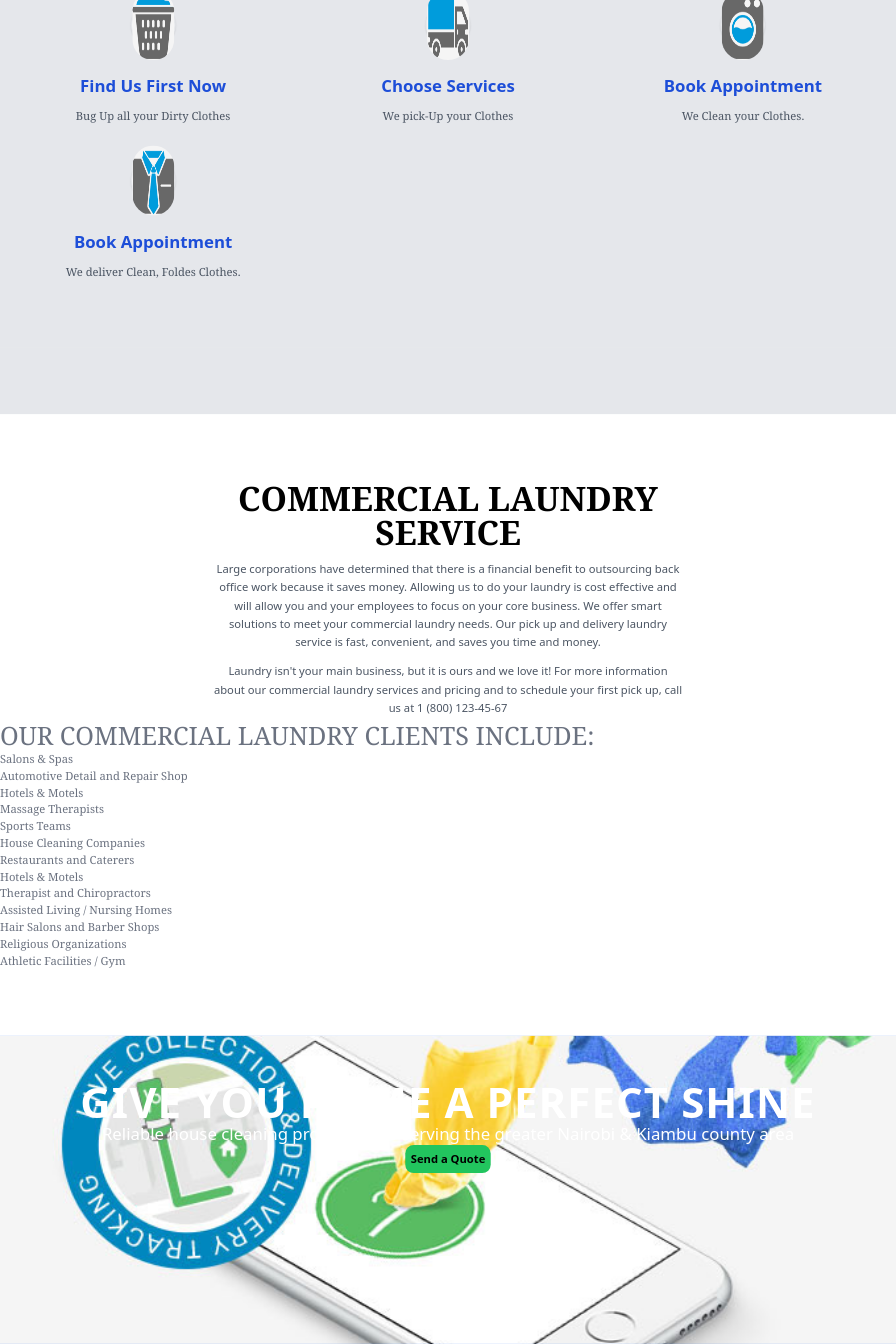
Repository: remydev47/smartlaundry
Page: /
An editor plug-in stored every save of this project. The page is shown before and after the next save, followed by the edit.
The browser window is 1280 px wide. The pictures show the part of the page from y = 2877 to 4797 px (the page is 4797 px tall), at 70% of full size.
The project was rebuilt for these pictures with package versions that can differ from the ones it lists, and the page was loaded fresh each time. The framework's server and built-in components were replaced by stand-ins that run in the browser. Also part of the build but not shown: next.config.js, components/Prices.tsx, components/Reasons.tsx, components/Testimonial.tsx, components/Pricing.tsx, components/Footer.tsx.

Above is the page before, as saved 2022-10-24 16:33:22.

### pages/_app.tsx
import '../styles/globals.css'
import type { AppProps } from 'next/app'
import Header from '../components/Header'
import Logo from '../components/Logo'

function MyApp({ Component, pageProps }: AppProps) {
  return (
    <>

     <Header />
     <Component {...pageProps} />
    </>
  )
}

export default MyApp

### pages/index.tsx
import type { NextPage } from 'next'
import Head from 'next/head'
import Image from 'next/image'
import { Banner, Commercial, Hero, Services, Steps } from '../components'

const Home: NextPage = () => {
  return (
    <div>
      <Head>
        <title>Smart Laundry</title>
        <link rel="icon" href="/favicon.ico" />
      </Head>
      <Hero />
      <Services />
      <Steps />
      <Commercial />
      <Banner/>

    </div>
  )
}

export default Home

### components/Header.tsx
import React from 'react';
import { navLinks } from '../constants';
import Menupopover from './Menupopover';
import Image from 'next/image';
import Logo from './Logo';

const Header = () => {
  return (
    <header className="fixed inset-x-0 bg-[#4054B2] z-20 flex justify-between items-center py-2 px-2 shadow-lg dark:bg-slate-900 sm:py-3 sm:px-8">
            <div className='flex grow-0 basis-1/3 md:hidden'>
                <Menupopover />
            </div>

             <div className='flex grow-0 justify-center md:justify-start'>
                <Logo />

            </div>


            <ul className="list-none sm:flex hidden justify-center items-center flex-1">
            {navLinks.map((nav, index) => (
                <li
                key={nav.id}
                className={`font-serif font-bold cursor-pointer text-[16px]
                   ${index === navLinks.length - 1 ? 'mr-0' : 'mr-10'}
                  text-white `}
                >
                    <a>{nav.title}</a>
                </li>
            ))}
           </ul>

        </header>
  )
}

export default Header

### components/index.ts
import Hero from "./Hero";
import Services from "./Services";
import Steps from "./Steps";
import Commercial from "./Commercial";
import Prices from "./Prices";
import Banner from "./Banner";
import Reasons from "./Reasons";
import Testimonial from "./Testimonial";
import Pricing from "./Pricing";
import Footer from "./Footer";

export{
    Hero, Services, Steps, Commercial, Prices, Banner, Reasons, Testimonial, Pricing, Footer
}

### constants/index.ts
export const navLinks =[
    {
        id:"home",
        title:"HOME",
    },
    {
        id:"about",
        title:"ABOUT",
    },
    {
        id:"services",
        title:"SERVICES",
    },
    {
        id:"blog",
        title:"BLOG",
    },
    {
        id:"order online",
        title:"ORDER ONLINE",
    },
    {
        id:"contacts",
        title:"CONTACTS",
    },
]

### components/Menupopover.tsx
import React, {useState, Fragment} from 'react';
import { navLinks } from '../constants';
import { IconButton, Button } from './Button';
import { Transition, Dialog } from '@headlessui/react';
import Logo from './Logo';
import Image from 'next/image';

const Menupopover = () => {
  const [isOpen, setIsOpen] = useState(false)

  return (
    <div>
    <IconButton
      variant='ghost'
      aria-label='menu'
      onClick={() => setIsOpen(!isOpen)}
    >
      <svg className='h-6 w-6 ' fill='none' stroke='currentColor'>
        <path
          strokeLinecap='round'
          strokeLinejoin='round'
          strokeWidth={2}
          d='M4 6h16M4 12h16M4 18h16'
        />
      </svg>
    </IconButton>
    <Transition
      show={isOpen}
      appear
      as={Fragment}
      enter='transform transition ease-in-out duration-300'
      enterFrom='-translate-x-full'
      enterTo='translate-x-0'
      leave='transform transition ease-in-out duration-300 delay-200'
      leaveFrom='translate-x-0'
      leaveTo='-translate-x-full'
     >
     <Dialog
       as='div'
       className={`fixed inset-0 z-50`}
       onClose={setIsOpen}
       open={isOpen}
       >
       <Transition.Child
         as={Fragment}
         enter='ease-out duration-300 delay-300'
         enterFrom='opacity-0'
         enterTo='opacity-100'
         leave='ease-in duration-200'
         leaveFrom='opacity-100'
         leaveTo='opacity-0'
       >

        <Dialog.Overlay
          className={`fixed inset-0 bg-black/20 backdrop-blur-sm dark:bg-gray-900/80`}
         />
      </Transition.Child>
       <div className={styles.dialogcontainer}>
        <a className='mx-auto mt-4 flex w-[140px] '>
          <Logo />
        </a>
        <ul
            className={styles.navWrapper2}
         >
            {navLinks.map((nav, index) => (
                <li
                 key={nav.id}
                 className={`font-serif font-bold cursor-pointer text-[16px]
                  mt-2 border-t border-slate-200 py-4 dark:border-slate-600
                  ${index === navLinks.length - 1 ? 'mr-0' : 'mb-4'}
                  text-white `}
                >
                 <a href={`#${nav.id}`}>
                    {nav.title}
                 </a>
                </li>
             ))}
         </ul>

        <IconButton
          variant='ghost'
          aria-label='close menu'
          className='absolute top-5 right-5'
          onClick={() => setIsOpen(false)}
        >
          <svg
            viewBox='0 0 10 10'
            className='h-2.5 w-2.5 overflow-visible'
            aria-hidden='true'
          >
            <path
                d='M0 0L10 10M10 0L0 10'
                fill='none'
                stroke='currentColor'
                strokeWidth='2'
                strokeLinecap='round'
              />
          </svg>
        </IconButton>
       </div>
     </Dialog>
    </Transition>
  </div>
  )
}

export default Menupopover;

const styles ={
  dialogcontainer:`fixed top-0 bottom-0 left-0 w-full max-w-xs rounded-r-xl bg-[#4054B2] p-6 shadow-lg dark:bg-gray-800`,
  menuitems:`group relative flex h-9 items-center oveflow-hidden rounded-md hover:bg-slate-200/50`,
  navWrapper2:`list-none flex flex-col justify-end items-center flex-1`,
}

### components/Logo.tsx
import React from 'react'
import Image from 'next/image'

const Logo = () => {
  return (
    <div className=''>
      <Image
        src="/images/logo.png"
        alt='cleanu'
        height={60}
        width={150}
      />
    </div>
  )
}

export default Logo

### components/Hero.tsx
import React from 'react'
import Image from 'next/image'

const Hero = () => {
  return (
    <section className='relative pt-48 pb-12 bg-gray-400 xl:pt-60 sm:pb-16 lg:pb-32 xl:pb-48 2xl:pb-56'>
        <Image
           src='/images/hero1.jpg'
           layout='fill'
           objectFit='cover'
         />
     <div className="relative">
 <div className="px-6 mx-auto sm:px-8 lg:px-12 max-w-7xl">
     <div className="w-full lg:w-2/3 xl:w-1/2">
         <h1 className="font-sans text-base font-bold tracking-tight text-black text-opacity-70">Dont let bad services ruin your Day</h1>
         <p className="mt-6 tracking-tighter text-black">
             <span className="font-sans font-normal text-7xl">The road to the</span><br />
             <span className="font-serif italic font-normal text-8xl">perfect Cleaning Services</span>
         </p>
         <p className="mt-12 font-sans text-base font-bold text-black text-opacity-70">Lorem ipsum dolor sit amet, consectetur adipiscing elit. Eu penatibus pellentesque dolor consequat ligula egestas massa gravida. Porttitor venenatis enim praesent.</p>
         <p className="mt-8 font-sans text-xl font-normal text-black">Starting at $9.99/month</p>

         <div className="flex items-center mt-5 space-x-3 sm:space-x-4">
             <a
                 href="#"
                 title=""
                 className="
                     inline-flex
                     items-center
                     justify-center
                     px-5
                     py-2
                     font-sans
                     text-base
                     font-semibold
                     transition-all
                     duration-200
                     border-2 border-transparent
                     rounded-full
                     sm:leading-8
                     bg-green-600
                     sm:text-lg
                     text-white
                     hover:bg-opacity-90
                     focus:outline-none focus:ring-2 focus:ring-offset-2 focus:ring-primary focus:ring-offset-secondary
                 "
                 role="button"
             >
                 ORDER NOW
             </a>


         </div>
     </div>
 </div>
</div>
    </section>
  )
}

export default Hero

### components/Services.tsx
import React from 'react'

const services=[
  {
    image:"/images/plumber.png",
    title:'Alternations & Repairs',
    description:"We have expert seamstresses and tailors on staff to ensure we meet and exceed your fitting requirements"
  },
  {
    image:"",
    title:'Steam Iron',
    description:"Let us pick up your dirty laundry, sort it, stains, wash, dry, fold and deliver back to you in one neat, easy package"
  },
  {
    image:"",
    title:'Shoe Cleaning',
    description:"We use premium products and standardised processes to take care of your shoes and give them refreshed look."
  },
  {
    image:"/images/cleaning.png",
    title:'Laundry Services',
    description:"Let us pick up your dirty laundry, sort it, stains, wash, dry, fold and deliver back to you in one neat, easy package."
  },
  {
    image:"/images/housekeeper.png",
    title:'Dry Cleaning',
    description:"SMU students and local residents love on our reliable dry cleaning services for the fast, accurate, top quality results."
  },
  {
    image:"/images/carpet-cleaner.png",
    title:'Carpet Cleaning',
    description:"To keep carpet at peak performance, we recommend professional deep cleaning your carpet every 12 to 18 months."
  },
]

const Services = () => {
  return (
    <section className="bg-gray-50 sm:py-16 lg:py-24">
    <div className="px-4 mx-auto max-w-7xl sm:px-6 lg:px-8">
     <div className="max-w-2xl mx-auto text-center">
      <h2 className="text-4xl font-bold font-serif leading-tight text-gray-600  lg:text-5xl">Our <span className='text-green-300'>Services...</span></h2>
      <p className="max-w-xl mx-auto mt-4 font-serif text-2xl font-extrabold leading-relaxed text-gray-500">
        Provide Worldwide Service For Good Customers
      </p>
     </div>

     <div className="grid max-w-md grid-cols-1 gap-6 mx-auto mt-8 text-center lg:max-w-full lg:mt-16 lg:grid-cols-3">
      {services.map((item, i) => (
     <div className="overflow-hidden bg-white border-2 border-gray-300 rounded-md">
          <div className="p-8 xl:px-12 flex flex-col items-center justify-center">
             <div>
              <img
               src={item.image}
               className="h-20 w-20"
             />
             </div>
             <h2 className='font-bold font-serif text-3xl text-gray-400 text-center mt-2'>
               {item.title}
             </h2>
             <p className='text-xl font-serif text-black text-center '>
              {item.description}
             </p>
          </div>
     </div>
     ))}
    </div>
</div>
</section>
  )
}

export default Services

### components/Commercial.tsx
import React from 'react'

const offers=[
  {
    id:"Salons & Spas",
    title:"Salons & Spas"
  },
  {
    id:"Automotive Detail and Repair Shop",
    title:"Automotive Detail and Repair Shop"
  },
  {
    id:"Hotels & Motels",
    title:"Hotels & Motels"
  },
  {
    id:"Massage Therapists",
    title:"Massage Therapists"
  },
  {
    id:"Sports Teams",
    title:"Sports Teams"
  },
  {
    id:"House Cleaning Companies",
    title:"House Cleaning Companies"
  },
  {
    id:"Restaurants and Caterers",
    title:"Restaurants and Caterers"
  },
  {
    id:"Hotels & Motels",
    title:"Hotels & Motels"
  },
  {
    id:"Therapist and Chiropractors",
    title:"Therapist and Chiropractors"
  },
  {
    id:"Assisted Living / Nursing Homes",
    title:"Assisted Living / Nursing Homes"
  },
  {
    id:'Hair Salons and Barber Shops',
    title:'Hair Salons and Barber Shops'
  },
  {
    id:'Religious Organizations',
    title:'Religious Organizations'
  },
  {
    id:'Athletic Facilities / Gym',
    title:'Athletic Facilities / Gym'
  },
]

const Commercial = () => {
  return (
    <section className="py-10 bg-[#FFF] sm:py-16 lg:py-24">
      <div className="px-4 mx-auto max-w-7xl sm:px-6 lg:px-8">
      <div className="max-w-2xl mx-auto text-center">
            <h2 className="text-3xl font-serif font-bold leading-tight text-black sm:text-4xl lg:text-5xl">
              COMMERCIAL LAUNDRY SERVICE
            </h2>
            <p className="mt-4 text-base leading-relaxed text-gray-600">
             Large corporations have determined that there is a financial benefit to outsourcing back office work because it saves money. Allowing us to do your laundry is cost effective and will allow you and your employees to focus on your core business. We offer smart solutions to meet your commercial laundry needs. Our pick up and delivery laundry service is fast, convenient, and saves you time and money.
            </p>
            <p className="mt-4 text-base leading-relaxed text-gray-600">
             Laundry isn't your main business, but it is ours and we love it! For more information about our commercial laundry services and pricing and to schedule your first pick up, call us at 1 (800) 123-45-67
            </p>
        </div>
      </div>
      <h2 className='mt-2 text-3xl font-serif text-gray-500 sm:text-4xl'>OUR COMMERCIAL LAUNDRY CLIENTS INCLUDE:</h2>
      <ul className="list-none sm:flex-col justify-center items-center flex-1">
            {offers.map((nav, index) => (
                <li
                key={nav.id}
                className={`font-serif font-normal cursor-pointer text-[16px]
                   ${index === offers.length - 1 ? 'mr-0' : 'mr-10'}
                  text-gray-500 `}
                >
                    <a>{nav.title}</a>
                </li>
            ))}
           </ul>
    </section>
  )
}

export default Commercial

### components/Banner.tsx
import React from 'react'
import Image from 'next/image'

const Banner = () => {
  return (
    <section className='relative h-[400px] w-full  bg-blue-500 sm:h-[55vh] md:h-[440px]'>
      <Image
           src='/images/banner.jpg'
           layout='fill'
           objectFit='cover'
      />
       <div className="absolute inset-0">
        <div className='flex flex-col items-center mx-4 mt-16 text-center '>
                <h1 className={styles.innerbanner}>
                    Give you Home a Perfect Shine
                </h1>
                <span className='text-xl text-white sm:text-2xl'>
                    Reliable house cleaning professionals serving the greater Nairobi & Kiambu county area
                </span>
                <button className='p-2 font-semibold text-black bg-green-500 rounded-xl'>
                    Send a Quote
                </button>
              </div>
        </div>
    </section>
  )
}

const styles ={
  innerbanner:`text-3xl font-extrabold uppercase tracking-wide text-white sm:text-4xl md:text-5xl lg:text-6xl`,
}

export default Banner

### components/Button/index.tsx
import React, { forwardRef } from "react";
//import { __DEV__ } from "../../utils/assertions";

type BaseButtonProps = Omit<React.HTMLProps<HTMLButtonElement>, "size">;

/* === Button Element === */

export interface ButtonProps extends BaseButtonProps {
  children: React.ReactNode;
  fullWidth?: boolean;
  className?: string;
  variant?: "solid" | "outline" | "ghost";
  size?: "sm" | "md" | "lg";
  as?: string;
  isExternal?: boolean;
  type?: "button" | "submit" | "reset";
}

export const Button = forwardRef<HTMLButtonElement, ButtonProps>(
  (
    {
      children,
      variant = "solid",
      size = "md",
      fullWidth = false,
      className,
      as = "button",
      isExternal = false,
      ...rest
    },
    ref
  ) => {
    let tempClassNames: string[] = [];

    const sharedClasses = [
      "capitalize",
      "focus:outline-none",
      "focus:ring-2",
      "focus:ring-indigo-400",
      "focus:ring-offset-2",
      "focus:ring-offset-indigo-50",
      "font-semibold",
      "rounded-full",
      "inline-flex",
      "flex-shrink-0",
      "items-center",
      "justify-center",
      "transition-colors",
      "ease-in-out",
      "duration-500",
    ];

    if (fullWidth) sharedClasses.push("w-full");

    // handle variants
    let btnSolid = ["bg-indigo-600", "hover:bg-indigo-700", "text-white"];
    let btnOutline = [
      "dark:text-white",
      "hover:text-indigo-700",
      "hover:dark:text-indigo-700",
      "bg-transparent",
      "hover:bg-indigo-50",
      "border",
      "border-indigo-600",
    ];
    let btnGhost = [
      "bg-transparent",
      "dark:text-white",
      "hover:bg-indigo-50",
      "hover:text-indigo-700",
      "hover:dark:text-indigo-700",
    ];

    if (variant === "solid") {
      tempClassNames = [...sharedClasses, ...btnSolid];
    } else if (variant === "outline") {
      tempClassNames = [...sharedClasses, ...btnOutline];
    } else if (variant === "ghost") {
      tempClassNames = [...sharedClasses, ...btnGhost];
    }

    // handle sizes
    let sizeSm = ["h-8", "px-2", "text-sm"];
    let sizeMd = ["h-10", "px-3"];
    let sizeLg = ["h-12", "px-4", "text-lg"];

    if (size === "sm") {
      tempClassNames = [...tempClassNames, ...sizeSm];
    } else if (size === "md") {
      tempClassNames = [...tempClassNames, ...sizeMd];
    } else if (size === "lg") {
      tempClassNames = [...tempClassNames, ...sizeLg];
    }

    let classes = tempClassNames.join(" ");

    let Element = as ? (
      React.createElement(
        as,
        {
          className: `${classes} ${className}`,
          target: isExternal ? "_blank" : undefined,
          rel: isExternal ? "noopener noreferrer" : undefined,
          ref,
          ...rest,
        },
        children
      )
    ) : (
      <button {...rest} className={`${classes} ${className}`} ref={ref}>
        {children}
      </button>
    );

    return Element;
  }
);

// if (__DEV__) {
//   Button.displayName = "Button";
// }

/* === IconButton Element === */

export interface IconButtonProps extends ButtonProps {
  icon?: React.ReactElement;
  "aria-label": string;
}

export const IconButton = forwardRef<HTMLButtonElement, IconButtonProps>(
  (
    {
      children,
      icon,
      className,
      "aria-label": ariaLabel,
      size = "md",
      ...rest
    },
    ref
  ) => {
    let sharedClasses = ["rounded-full", "!px-0"];

    // handle sizes
    let sizeSm = ["w-8"];
    let sizeMd = ["w-10"];
    let sizeLg = ["w-12"];

    if (size === "sm") {
      sharedClasses = [...sharedClasses, ...sizeSm];
    } else if (size === "md") {
      sharedClasses = [...sharedClasses, ...sizeMd];
    } else if (size === "lg") {
      sharedClasses = [...sharedClasses, ...sizeLg];
    }

    /**
     * Passing the icon as prop or children should work
     */
    const element = icon || children;
    const _children = React.isValidElement(element)
      ? React.cloneElement(element as any, {
          "aria-hidden": true,
          focusable: false,
        })
      : null;

    let classes = sharedClasses.join(" ");
    return (
      <Button
        className={`${classes} ${className}`}
        aria-label={ariaLabel}
        size={size}
        {...rest}
        ref={ref}
      >
        {_children}
      </Button>
    );
  }
)

Loaded but not shown: styles/globals.css (common file); tailwind.config.js (common file); components/Steps.tsx (83 lines, source omitted)

After the next save:
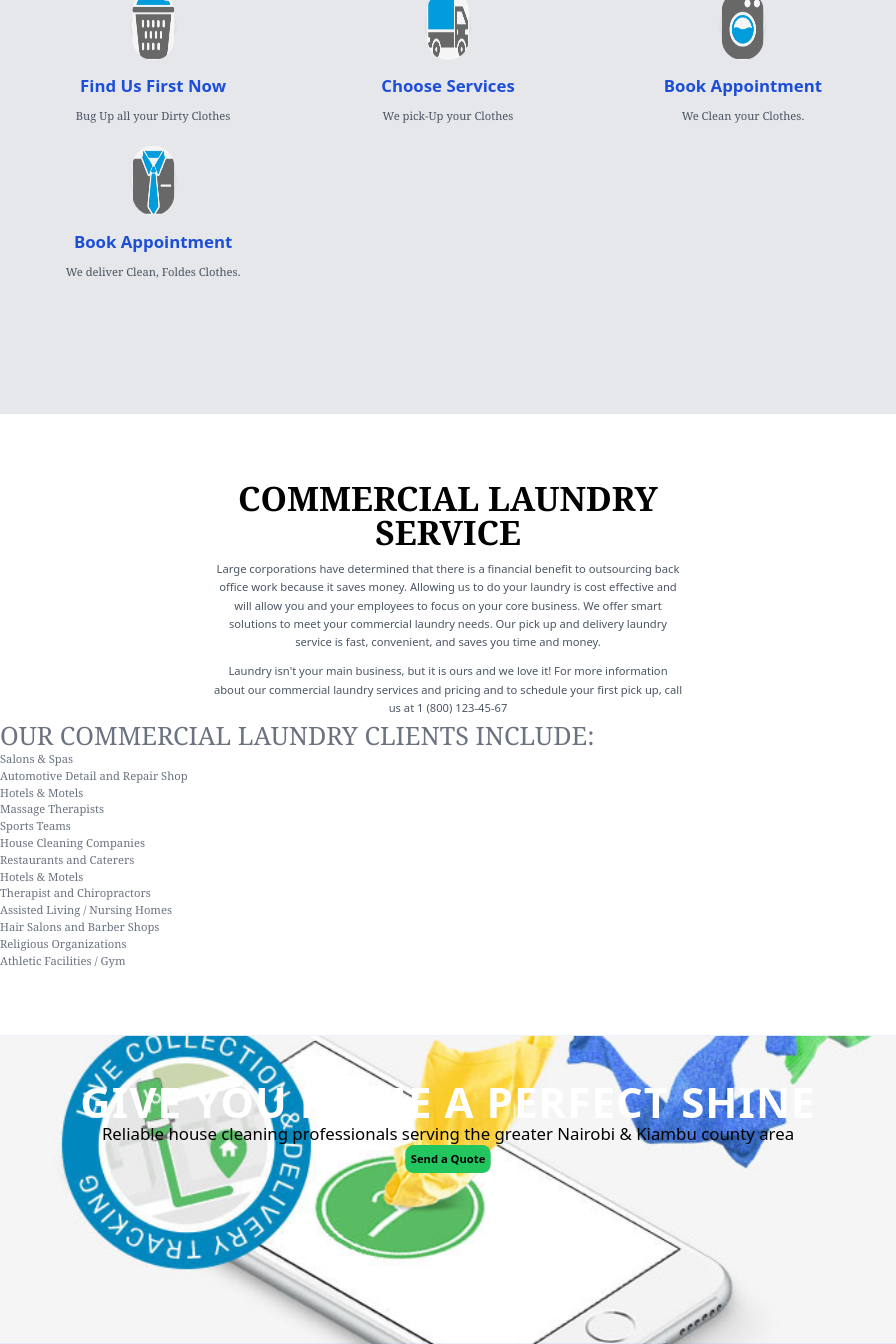
Saved 18 s later.
--- a/components/Banner.tsx
+++ b/components/Banner.tsx
@@ -14,7 +14,7 @@ const Banner = () => {
                 <h1 className={styles.innerbanner}>
                     Give you Home a Perfect Shine
                 </h1>
-                <span className='text-xl text-white sm:text-2xl'>
+                <span className='text-xl text-black sm:text-2xl'>
                     Reliable house cleaning professionals serving the greater Nairobi & Kiambu county area
                 </span>
                 <button className='p-2 font-semibold text-black bg-green-500 rounded-xl'>
